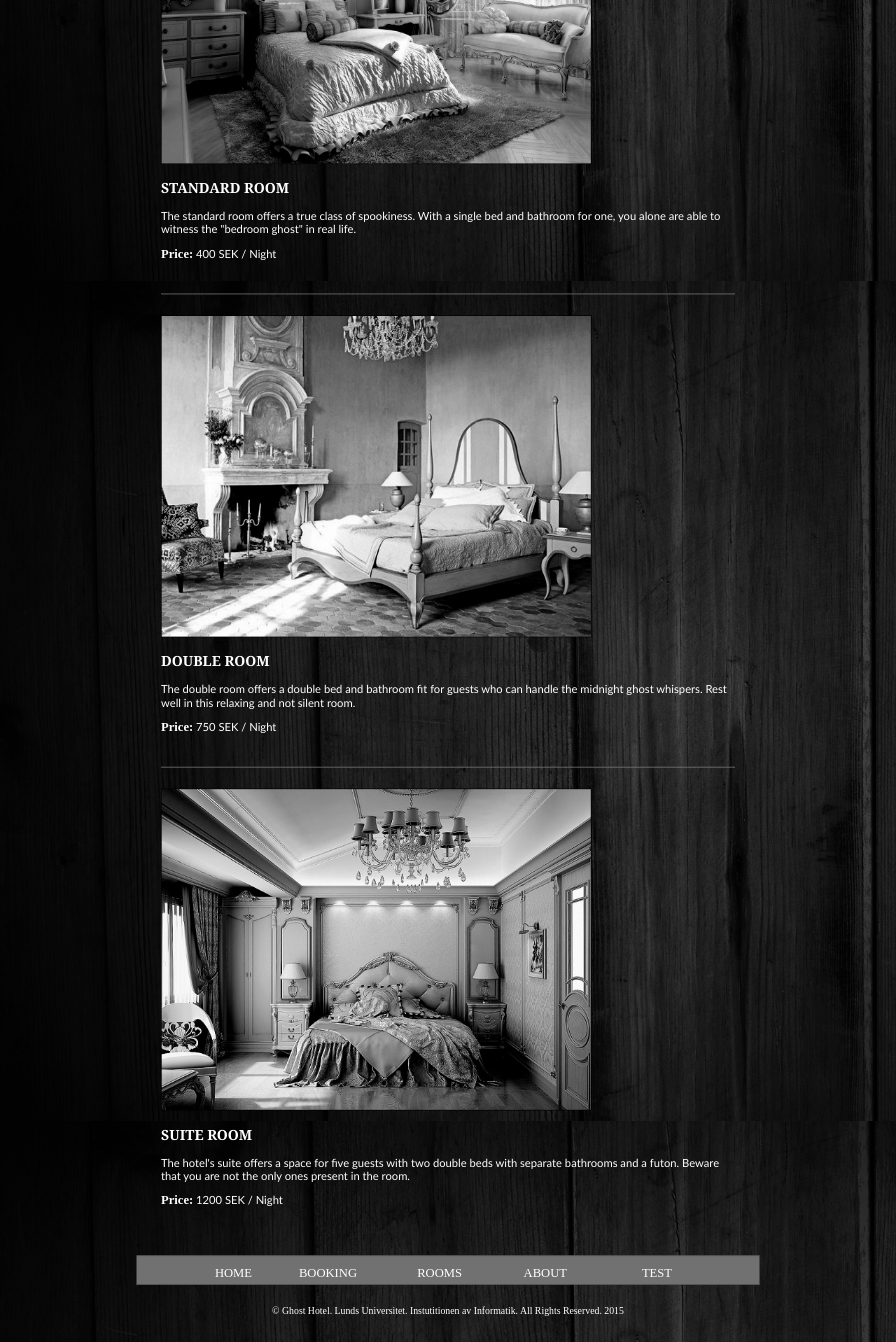
Repository: shelleylv/planb
Page: Client2/WebContent/Rooms.html
An editor plug-in stored every save of this project. The page is shown before and after the next save, followed by the edit.
The browser window is 1280 px wide. The pictures show the part of the page from y = 799 to 2719 px (the page is 2716 px tall before and 2719 px after), at 70% of full size.
Backgrounds fixed to the window are drawn as part of the page.

Above is the page before, as saved 2015-04-05 19:34:52.

After the next save:
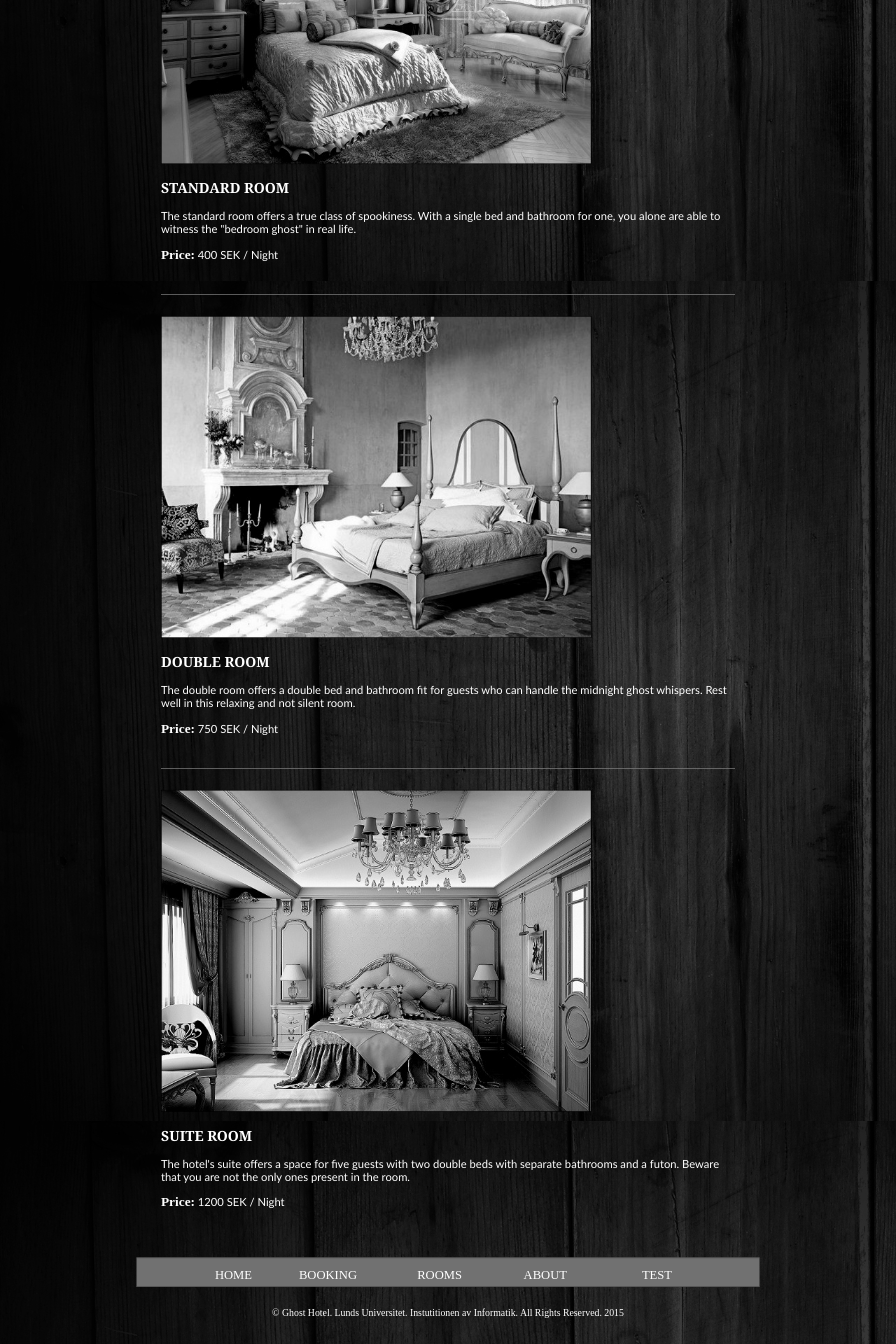
Saved 45 s later.
--- a/Client2/WebContent/css/style.css
+++ b/Client2/WebContent/css/style.css
@@ -300,8 +300,8 @@
 
 #rooms span{
 	color: white;
-	font-family: Georigia, Times New Roman;
-	font-size: 18px;
+	font-family: Trebutchet MS;
+	font-size: 19px;
 	font-weight: bold;
 }
 

After the save that followed:
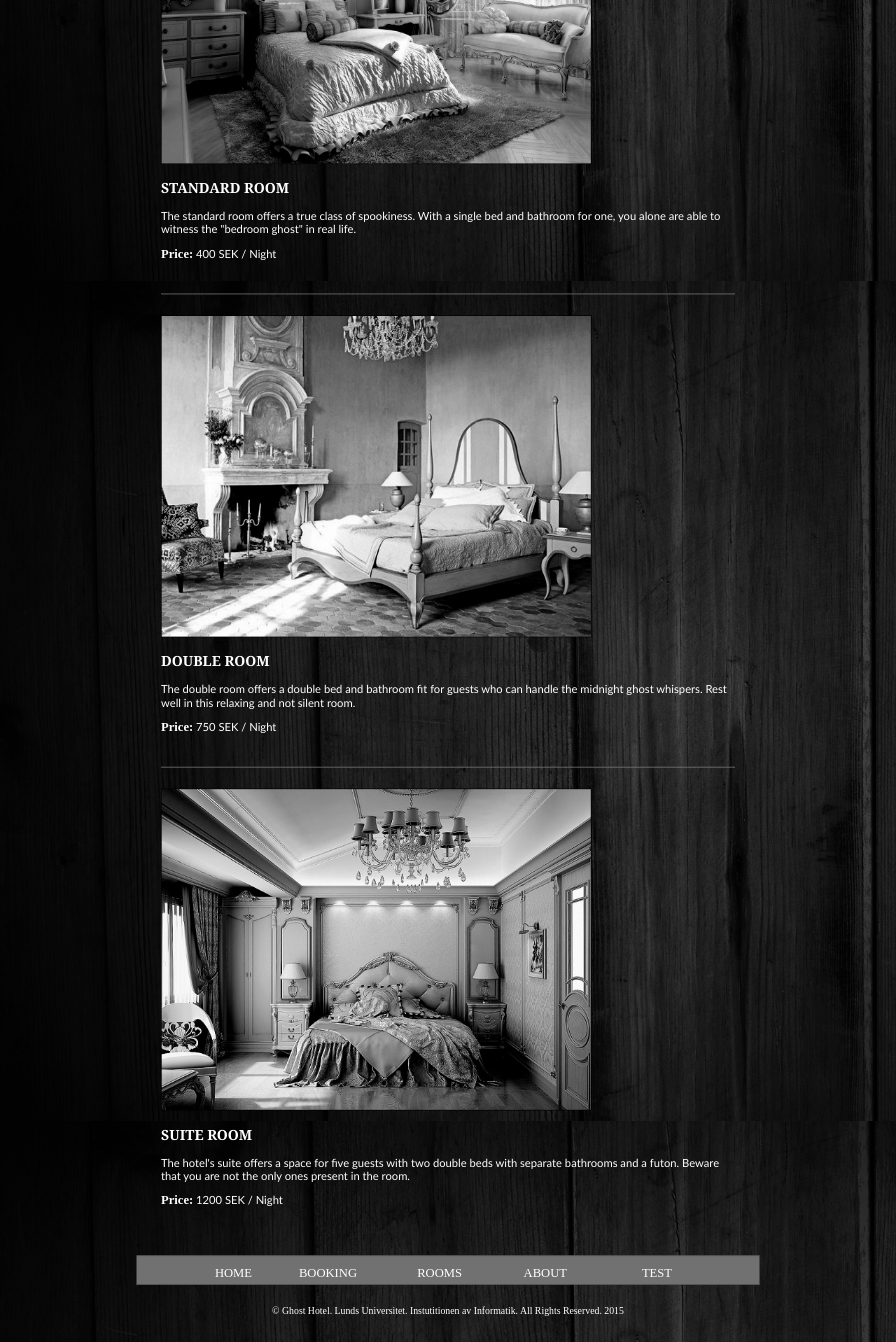
Saved 12 s later.
--- a/Client2/WebContent/css/style.css
+++ b/Client2/WebContent/css/style.css
@@ -301,7 +301,7 @@
 #rooms span{
 	color: white;
 	font-family: Trebutchet MS;
-	font-size: 19px;
+	font-size: 18px;
 	font-weight: bold;
 }
 
